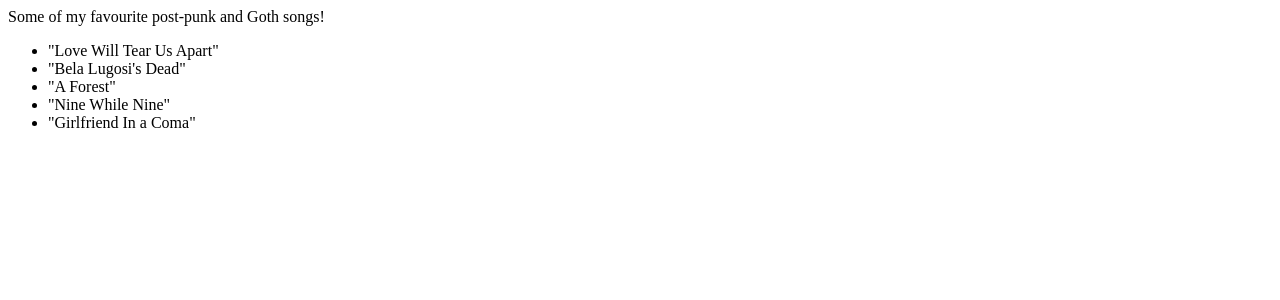
Repository: brianratemo/images.html
Page: my_list.html
These files come from the project's save history. The page is drawn as it stood at one moment and after the next save; the edit follows.
The browser window is 1280 px wide. The pictures show the whole page.

Above is the page before, as saved 2023-03-19 05:45:29.

After the next save:
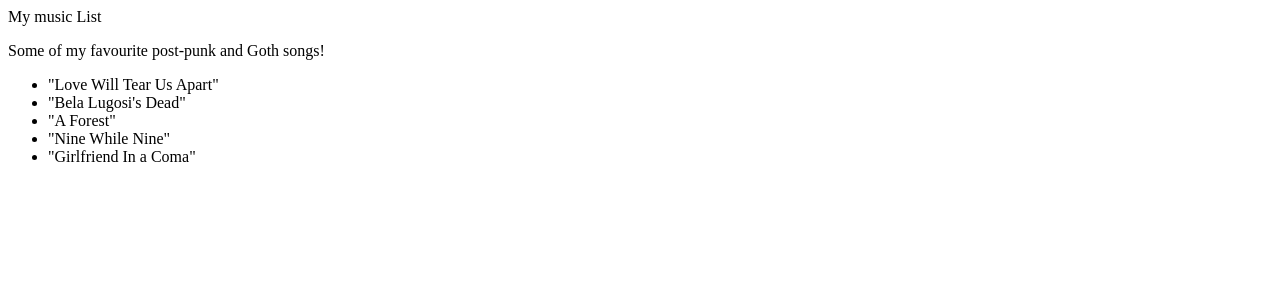
Saved 6 min 3 s later.
--- a/my_list.html
+++ b/my_list.html
@@ -1,3 +1,4 @@
+<hl>My music List</hl>
 <p>Some of my favourite post-punk and Goth songs!</p>
 <ul><li>"Love Will Tear Us Apart"</li>
     <li>"Bela Lugosi's Dead"</li>
